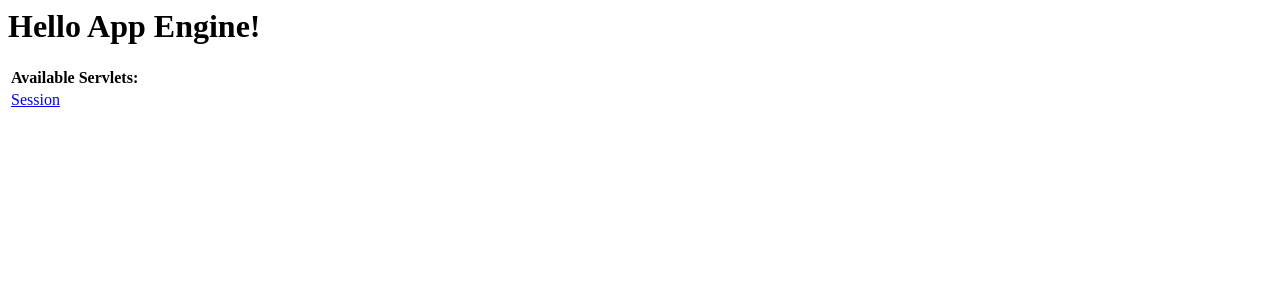
Repository: TharanyaM/Adaptavant--project
Page: session/war/index.html
These files come from the project's save history. The page is drawn as it stood at one moment and after the next save; the edit follows.
The browser window is 1280 px wide. The pictures show the whole page.

Above is the page before, as saved 2015-10-18 17:43:44.

After the next save:
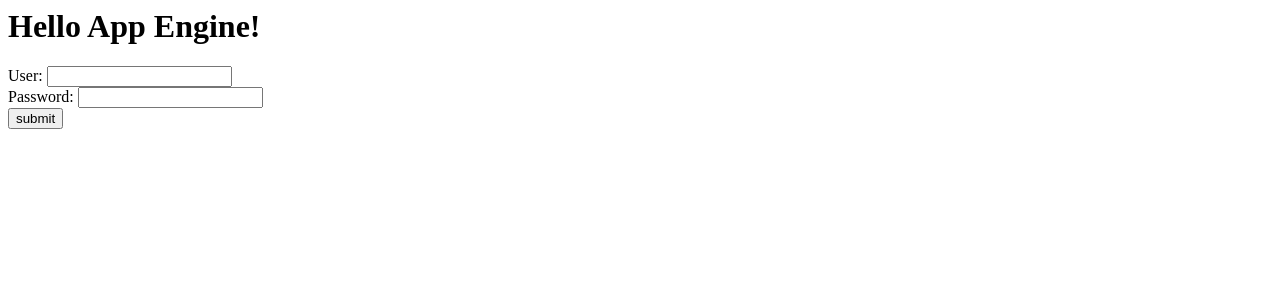
Saved 46 s later.
--- a/session/war/index.html
+++ b/session/war/index.html
@@ -15,13 +15,10 @@
   <body>
     <h1>Hello App Engine!</h1>
 
-    <table>
-      <tr>
-        <td colspan="2" style="font-weight:bold;">Available Servlets:</td>
-      </tr>
-      <tr>
-        <td><a href="session">Session</a></td>
-      </tr>
-    </table>
+   <form method="post" action="Validate">
+  User: <input type="text" name="user" /><br/>
+  Password: <input type="text" name="pass" ><br/>
+  <input type="submit" value="submit">
+</form>
   </body>
 </html>
